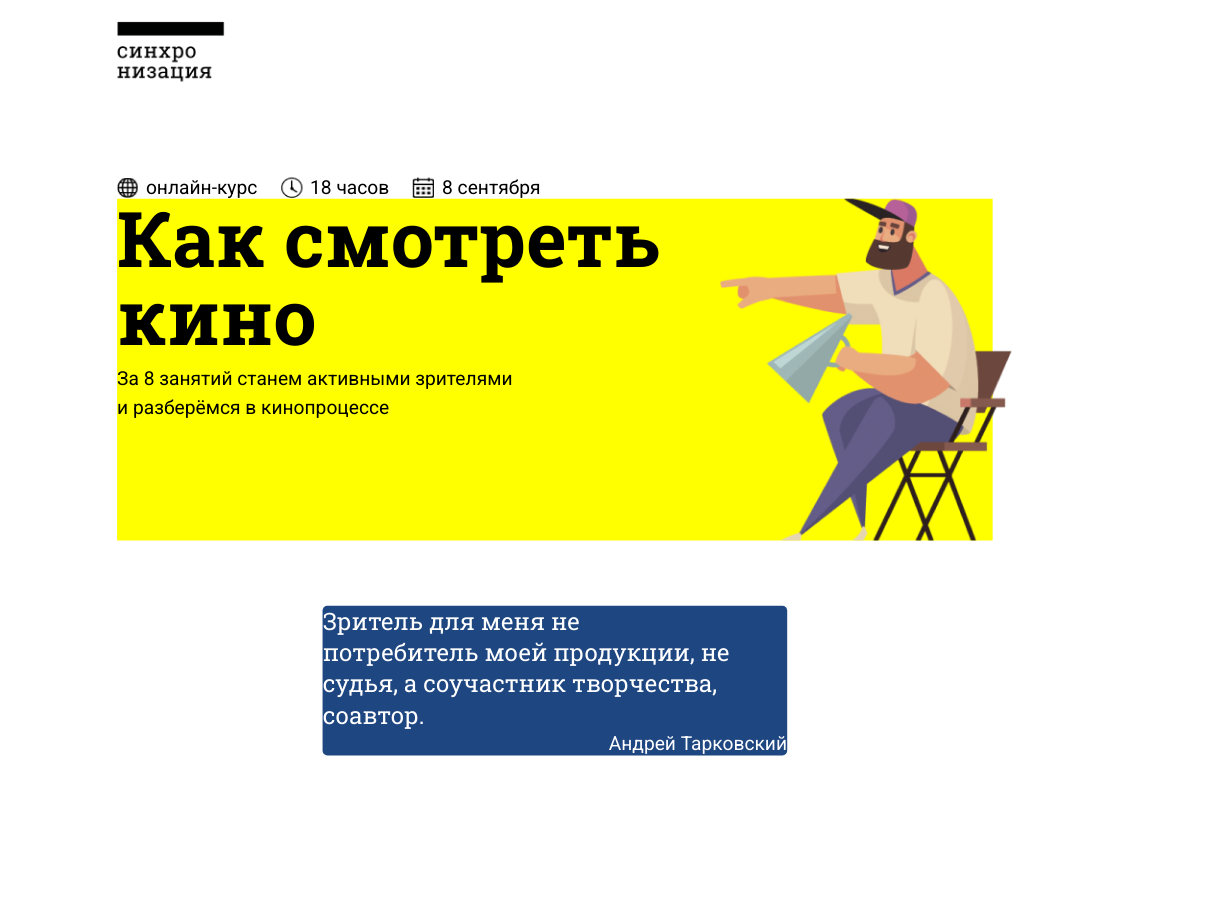
Repository: simralgasimov/task5
Page: index.html
The author's editor kept a copy of each file at every save. The page is drawn from the files as they stood at one save, then again after a run of saves.
The browser window is 1280 px wide. The pictures show the whole page, at 96% of full size.

Above is the page before, as saved 2023-08-28 13:35:44.

After the next 2 saves:
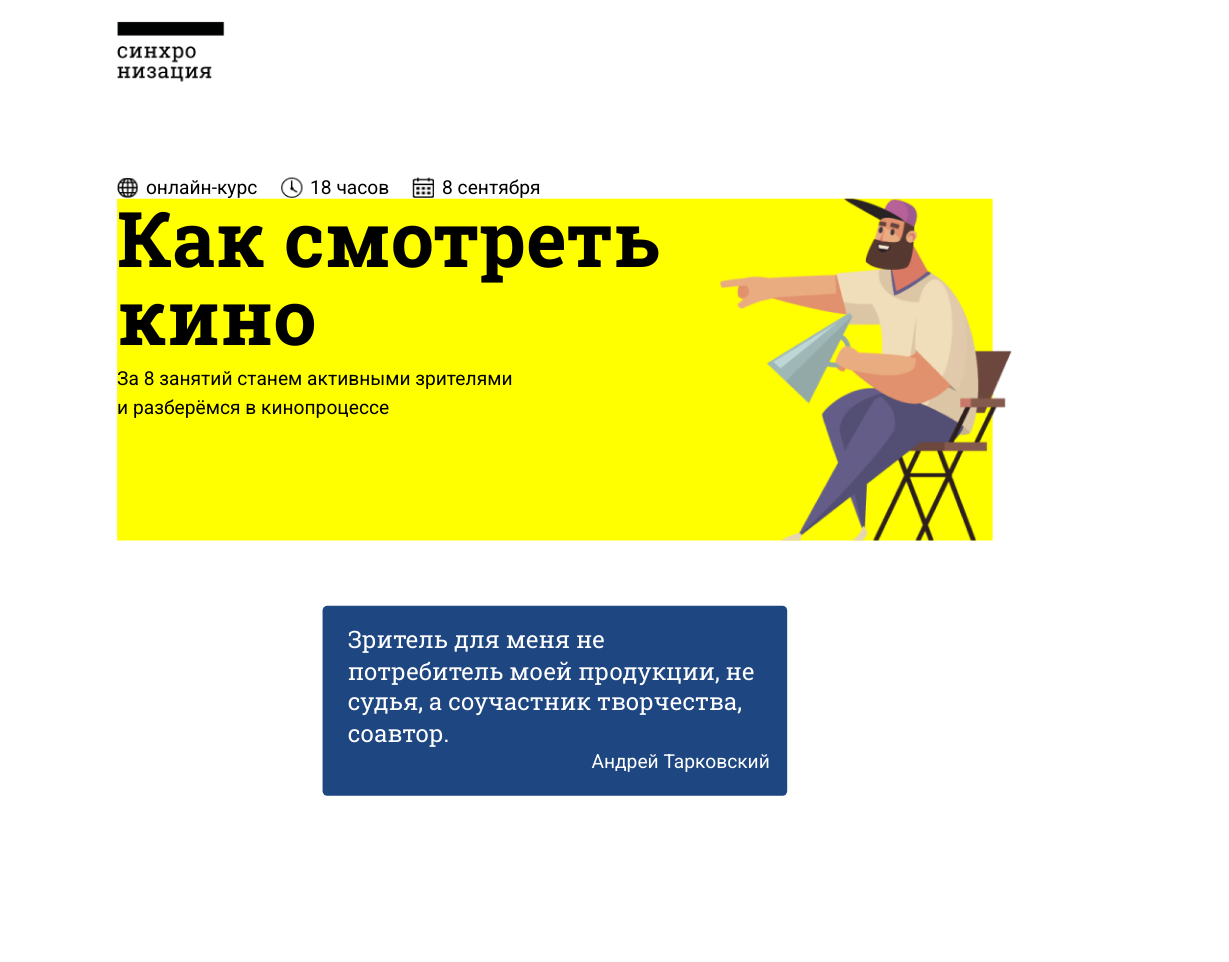
The 2 saves are shown as one change because they came seconds apart.
The last was saved 11 s later.
--- a/index.css
+++ b/index.css
@@ -88,6 +88,8 @@
 .box2 {
   margin: auto auto auto auto;
   margin-top: 68px;
+  padding: 19px 18px 23px 26px;
+
   width: 483.635px;
   border-radius: 5px;
   background: #1e4681;
